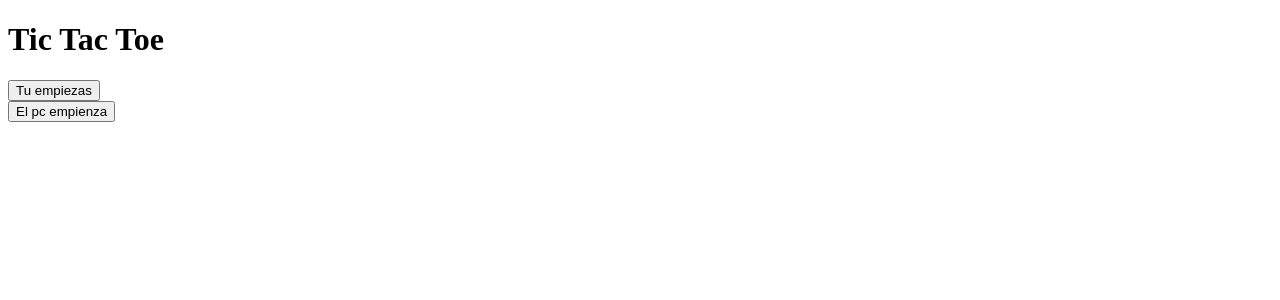
Repository: liccy1002/TicTacToe
Page: http://localhost/TicTacToe/
These files come from the project's save history. The page is drawn as it stood at one moment and after the next save; the edit follows.
The browser window is 1280 px wide. The pictures show the whole page.
The page is served by Tomcat 9.

Above is the page before, as saved 2024-04-04 17:25:10.

After the next save:
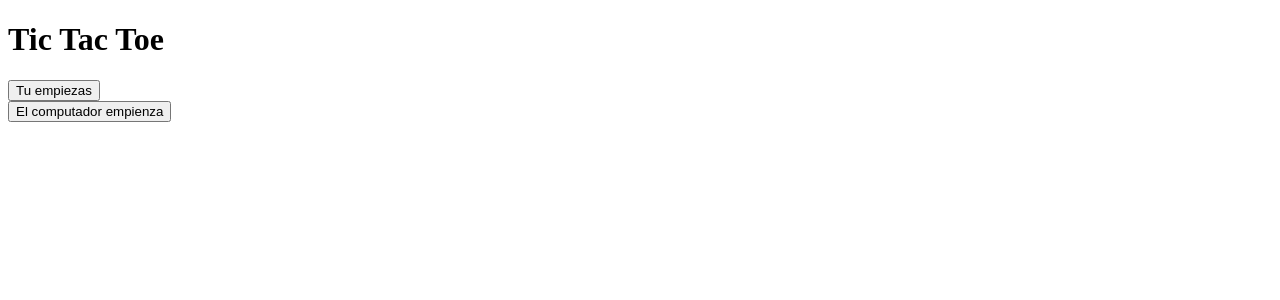
Saved 94 s later.
--- a/TicTacToe/src/main/webapp/index.jsp
+++ b/TicTacToe/src/main/webapp/index.jsp
@@ -11,7 +11,7 @@
         <h1>Tic Tac Toe</h1>
         <form action="entryServlet" method="post">
             <input type="submit" name="User" value="Tu empiezas"><br/>
-            <input type="submit" name="Computer" value="El pc empienza">
+            <input type="submit" name="Computer" value="El computador empienza">
         </form>
     </body>
 </html>
